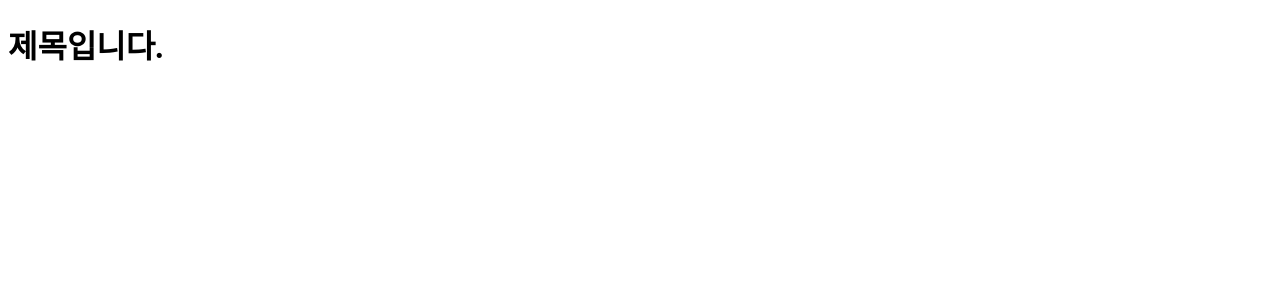
Repository: chanjin5212/Full-Stack-study
Page: client/ClientTest/src/main/webapp/html/ex07_heading.html
An editor plug-in stored every save of this project. The page is shown before and after the next save, followed by the edit.
The browser window is 1280 px wide. The pictures show the whole page.

Above is the page before, as saved 2022-05-23 08:21:53.

### client/ClientTest/src/main/webapp/html/ex07_heading.html
<!DOCTYPE html>
<html>
<head>
<meta charset="UTF-8">
<title>Insert title here</title>
</head>
<body>
	<!-- ex07_heading.html -->

	<!--

		<hn>, heading
		- 제목 태그
		- 제목을 출력하는 태그
		- n: 1~6
		- <h1>, <h2>, <h3>, <h4>, <h5>, <h6>

	 -->

	<h1>제목입니다.</h1>




</body>
</html>

After the next save:
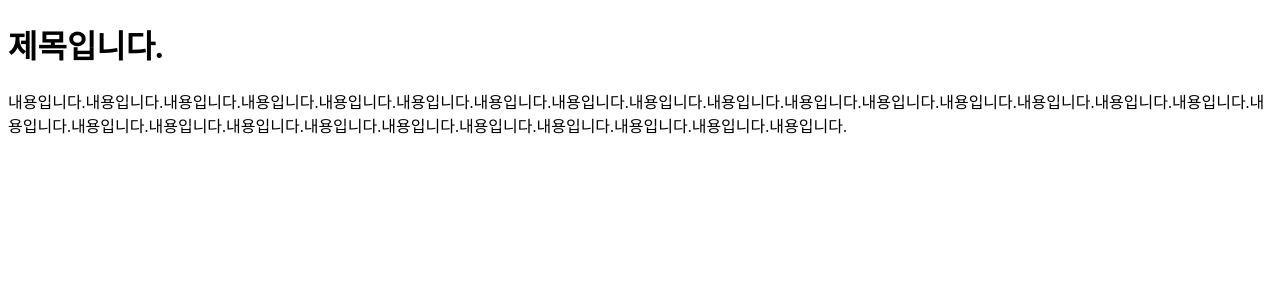
Saved 29 s later.
--- a/client/ClientTest/src/main/webapp/html/ex07_heading.html
+++ b/client/ClientTest/src/main/webapp/html/ex07_heading.html
@@ -18,6 +18,7 @@
 	 -->
 
 	<h1>제목입니다.</h1>
+	<p>내용입니다.내용입니다.내용입니다.내용입니다.내용입니다.내용입니다.내용입니다.내용입니다.내용입니다.내용입니다.내용입니다.내용입니다.내용입니다.내용입니다.내용입니다.내용입니다.내용입니다.내용입니다.내용입니다.내용입니다.내용입니다.내용입니다.내용입니다.내용입니다.내용입니다.내용입니다.내용입니다.</p>
 
 
 
